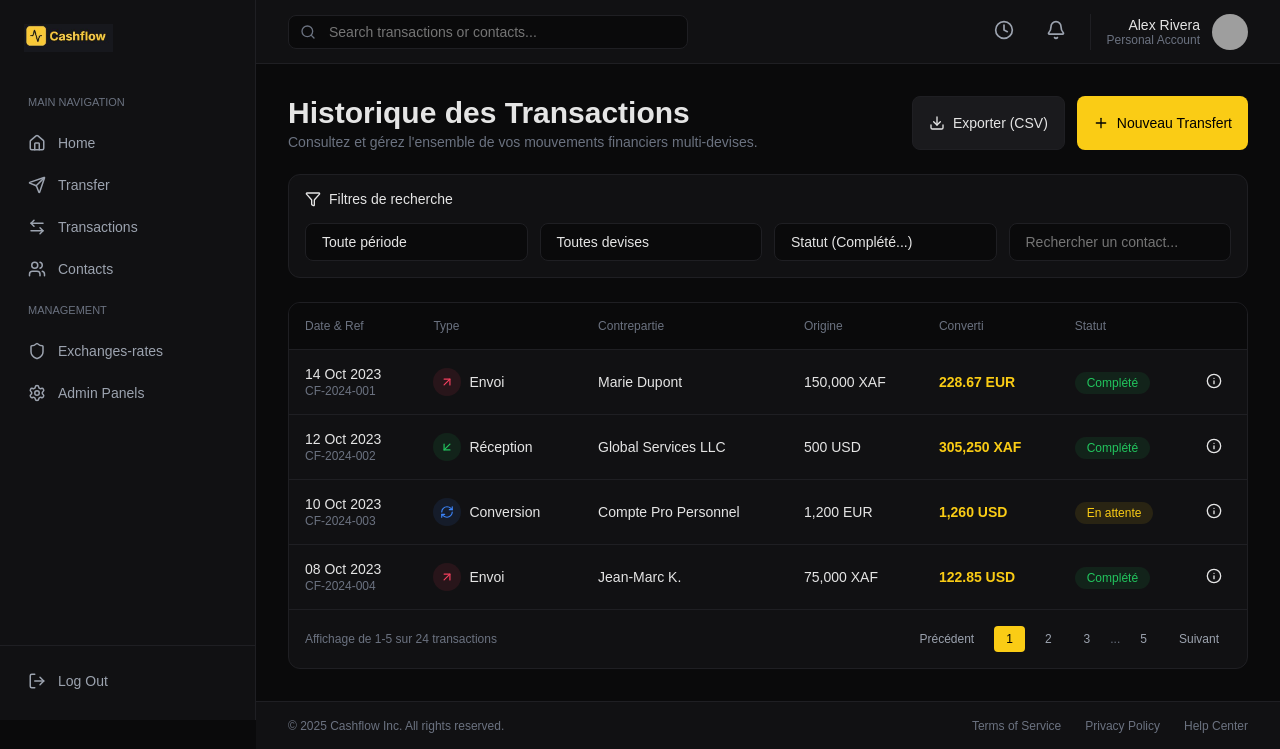
Repository: laetitiamaelle/GROUEPE5_PROGRAMMATIONWEBII_PLATEFORME_DE_TRANSFERT_MULTIDEVISE
Page: /transactions
The author's editor kept a copy of each file at every save. The page is drawn from the files as they stood at one save, then again after the next save.
The browser window is 1280 px wide. The pictures show the whole page.
Pictures or frames that could not be fetched are drawn as grey boxes. The project was rebuilt for these pictures with package versions that can differ from the ones it lists, and the page was loaded fresh each time. The framework's server and built-in components were replaced by stand-ins that run in the browser. Also part of the build but not shown: next.config.ts.

Above is the page before, as saved 2026-05-16 13:57:10.

After the next save:
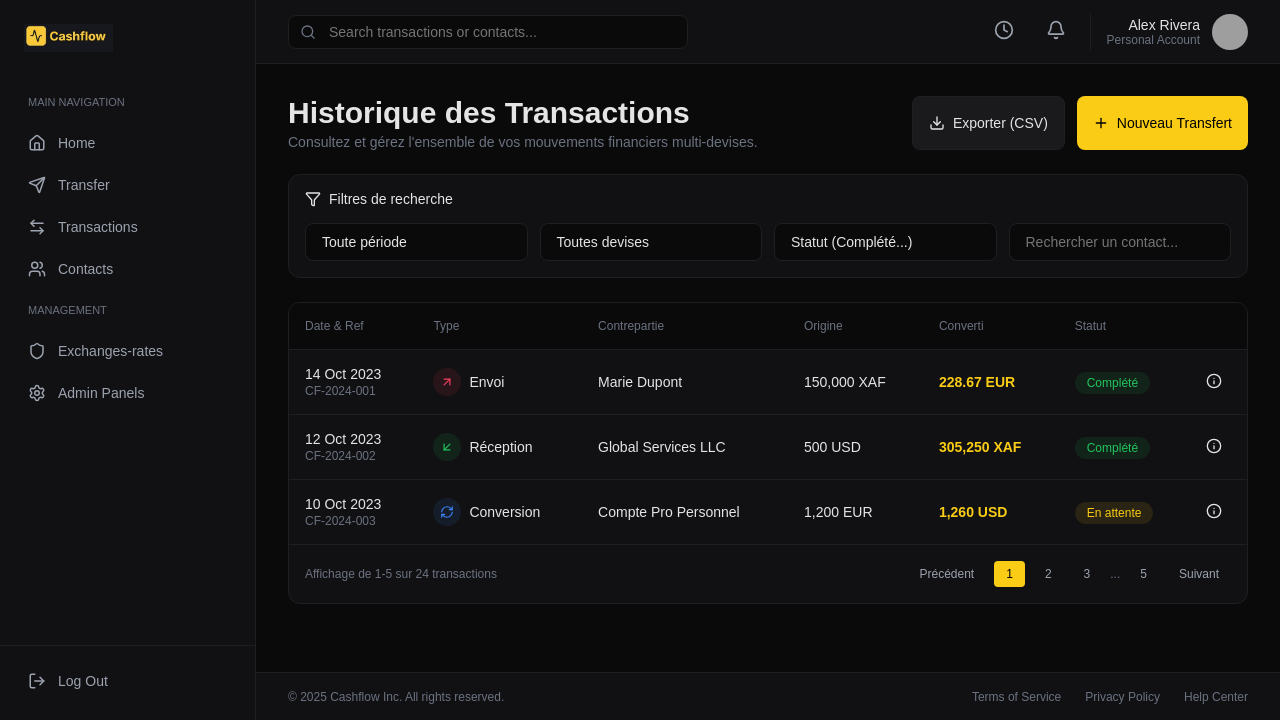
Saved 56 s later.
--- a/components/HistoriqueTransactions.tsx
+++ b/components/HistoriqueTransactions.tsx
@@ -7,7 +7,6 @@ export default function HistoriqueTransactions() {
     { date: '14 Oct 2023', ref: 'CF-2024-001', type: 'Envoi', contact: 'Marie Dupont', origine: '150,000 XAF', converti: '228.67 EUR', statut: 'Complété' },
     { date: '12 Oct 2023', ref: 'CF-2024-002', type: 'Réception', contact: 'Global Services LLC', origine: '500 USD', converti: '305,250 XAF', statut: 'Complété' },
     { date: '10 Oct 2023', ref: 'CF-2024-003', type: 'Conversion', contact: 'Compte Pro Personnel', origine: '1,200 EUR', converti: '1,260 USD', statut: 'En attente' },
-    { date: '08 Oct 2023', ref: 'CF-2024-004', type: 'Envoi', contact: 'Jean-Marc K.', origine: '75,000 XAF', converti: '122.85 USD', statut: 'Complété' },
   ]
 
   return (
